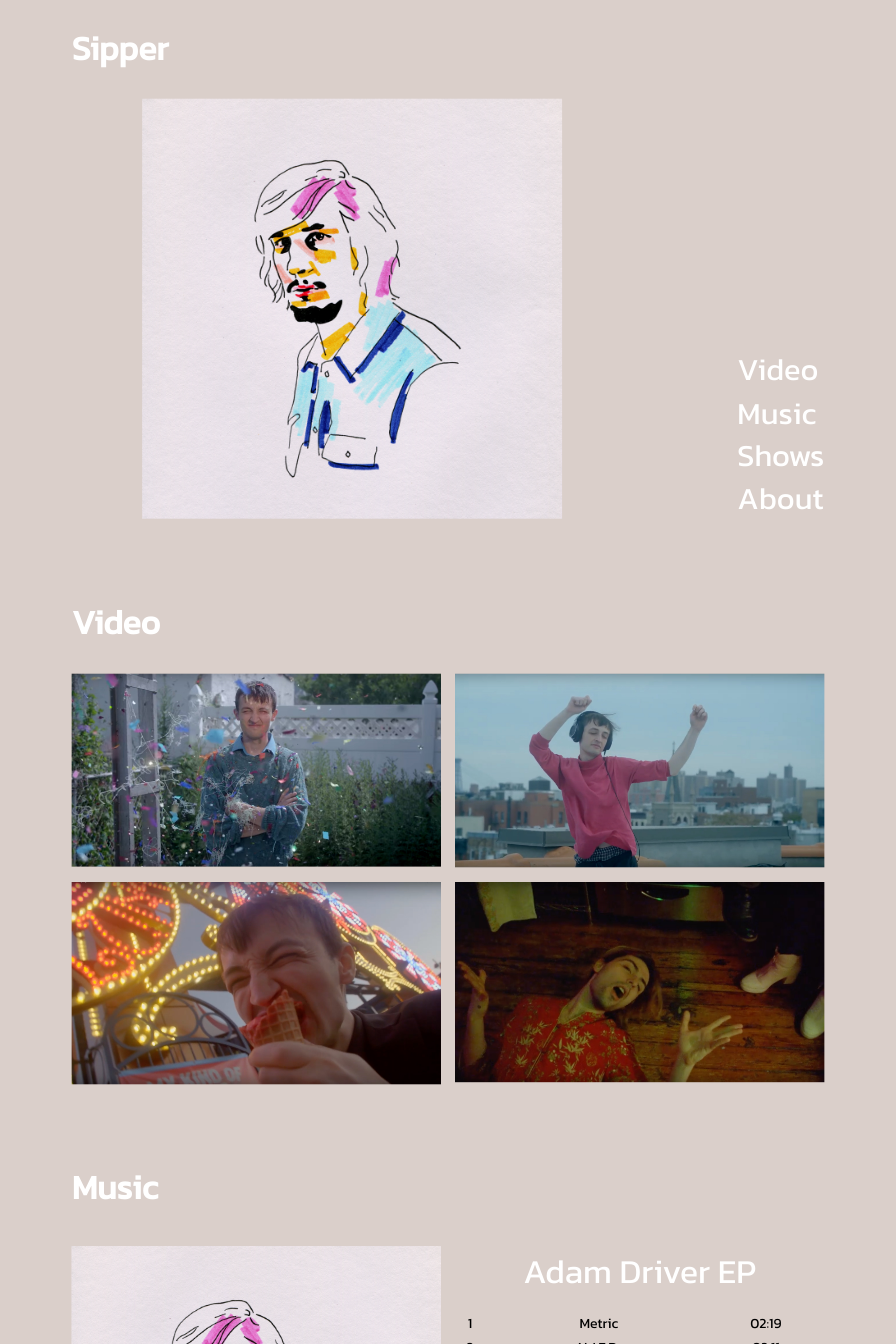
Repository: KrystellBarraza/SipperNYC
Page: index.html
The author's editor kept a copy of each file at every save. The page is drawn from the files as they stood at one save, then again after the next save.
The browser window is 1280 px wide. The pictures show the part of the page from y = 0 to 1920 px (the page is 4359 px tall before and 4343 px after), at 70% of full size.
Some web fonts or font styles are not loaded; a fallback is used. Some web libraries are served in a nearby version.

Above is the page before, as saved 2019-09-19 08:37:29.

After the next save:
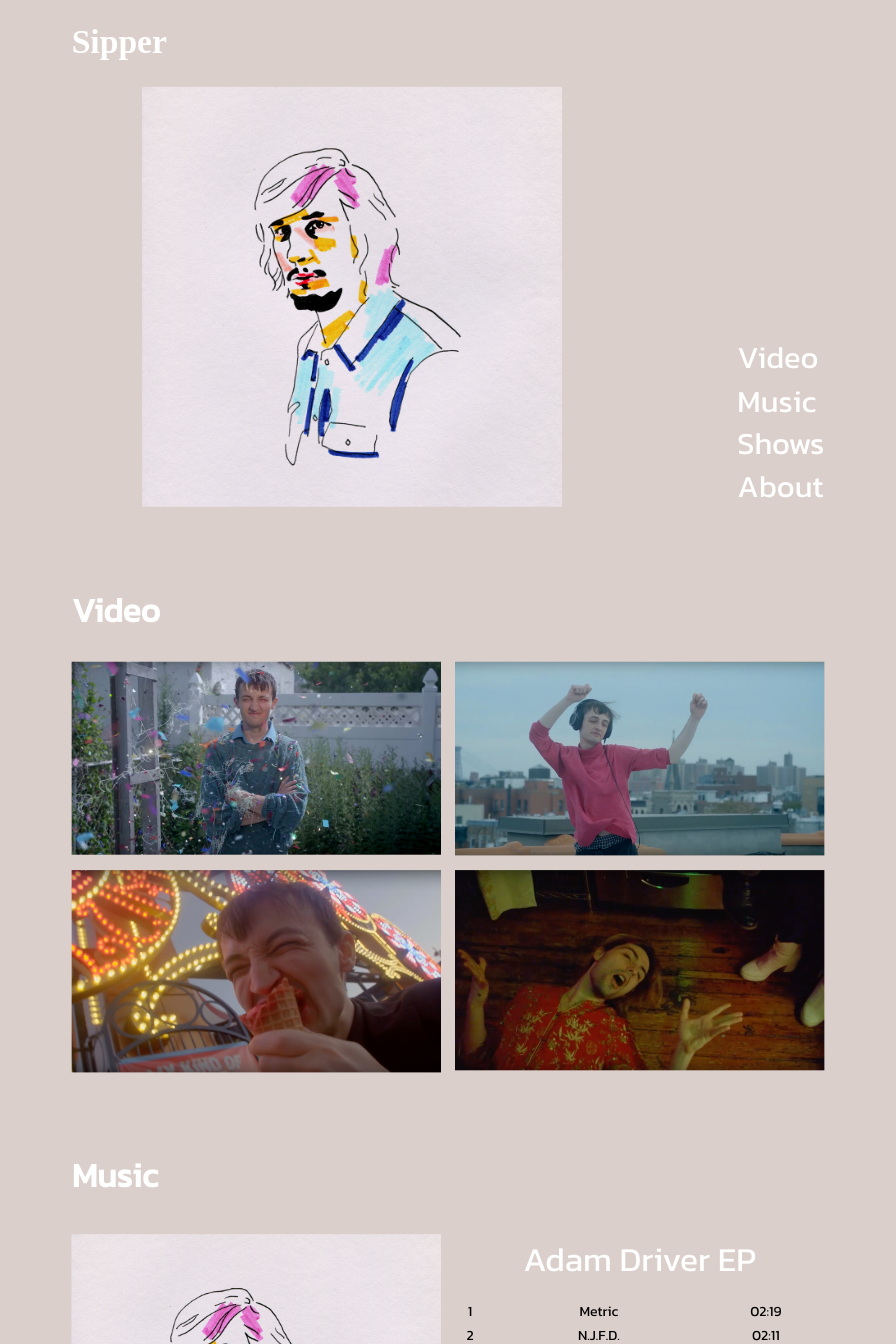
Saved 49 s later.
--- a/style.css
+++ b/style.css
@@ -32,6 +32,10 @@ a {
 }
 
 /* Header - Home */
+
+.web-title {
+    font-family: 'Mansalva', cursive;
+}
 
 .container-home {
     display: grid;
